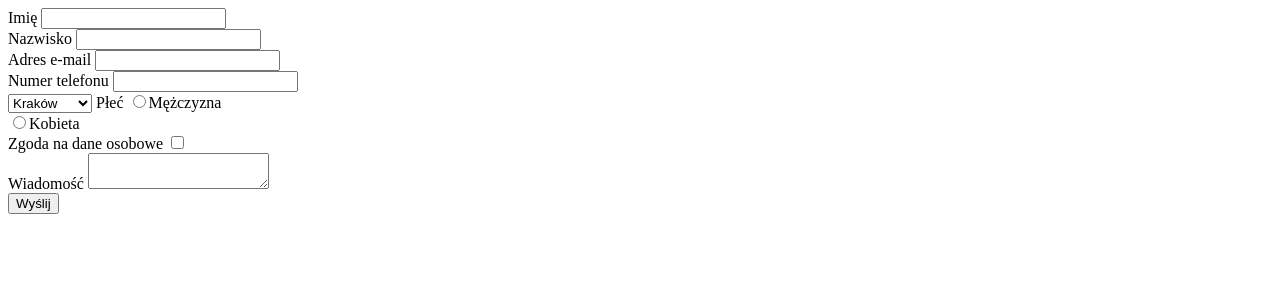
Repository: magdaf41/magdaf41.github.io
Page: zadania-domowe/HTML/zadanie_1/index.html
These files come from the project's save history. The page is drawn as it stood at one moment and after the next save; the edit follows.
The browser window is 1280 px wide. The pictures show the whole page.

Above is the page before, as saved 2020-08-12 21:49:17.

After the next save:
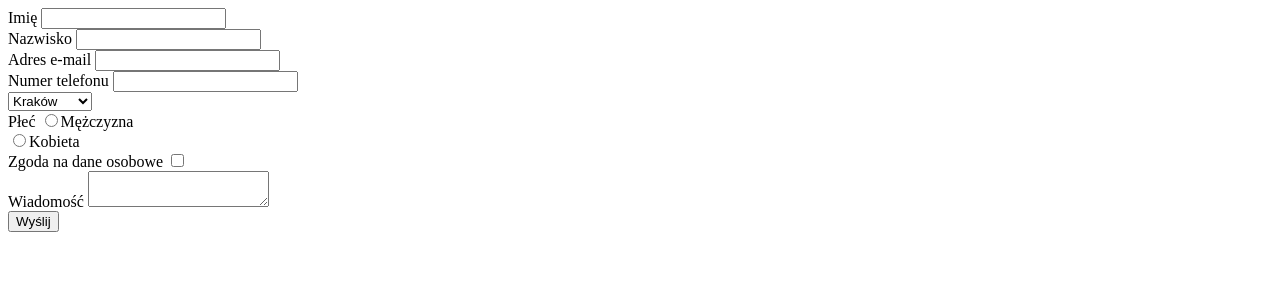
Saved 10 s later.
--- a/zadania-domowe/HTML/zadanie_1/index.html
+++ b/zadania-domowe/HTML/zadanie_1/index.html
@@ -26,7 +26,7 @@
             <option value="Kraków">Kraków</option><br>
             <option value="Warszawa">Warszawa</option>
             <option value="Gdańsk">Gdańsk</option>
-        </select>
+        </select><br>
 
         <label for="sex">Płeć</label>
         <input type="radio" name="sex" id="sex">Mężczyzna<br>
